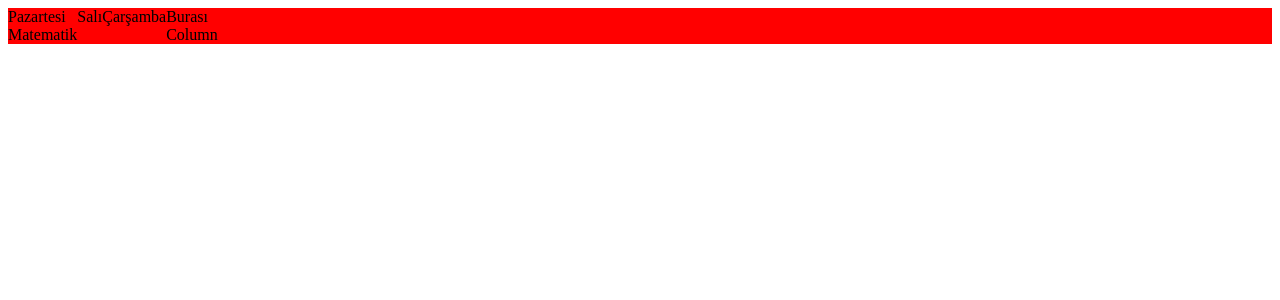
Repository: ahmetbugraozcan/css-ders-programi
Page: deneme2.html
An editor plug-in stored every save of this project. The page is shown before and after the next save, followed by the edit.
The browser window is 1280 px wide. The pictures show the whole page.

Above is the page before, as saved 2021-07-10 13:43:44.

### deneme2.html
<!DOCTYPE html>
<html>
<head>
    <style>


        .row{
            display: flex;
            flex-direction: row;
            background-color: red;
        }
        .column{
            display: flex;
            flex-direction: column;
            background-color: red;
            width: 400;
            height: 400;
        }


    </style>
</head>

<body>

    <div class="row">
        <div>Pazartesi
            <div class="column">Matematik</div>
        </div>
        <div>Salı</div>
        <div>Çarşamba</div>
        <div class="column">
            <div>Burası</div>
            <div>Column</div>
        </div>
    </div>

</body>

</html>

After the next save:
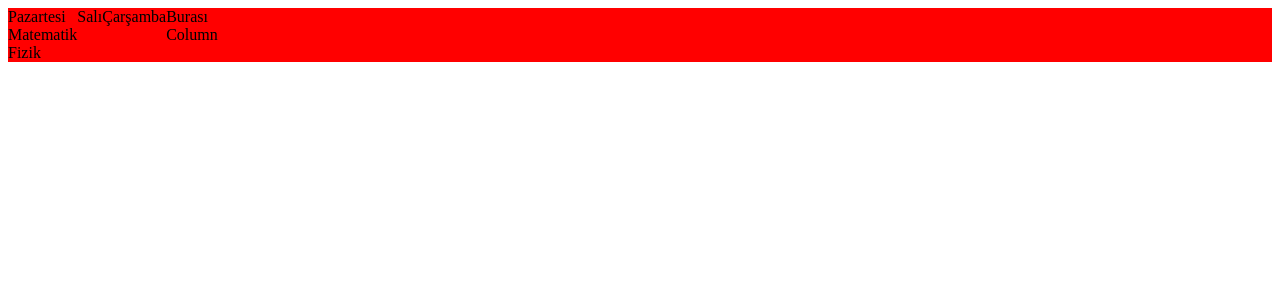
Saved 14 s later.
--- a/deneme2.html
+++ b/deneme2.html
@@ -25,7 +25,7 @@
 
     <div class="row">
         <div>Pazartesi
-            <div class="column">Matematik</div>
+            <div class="column">Matematik <div>Fizik</div></div>
         </div>
         <div>Salı</div>
         <div>Çarşamba</div>
